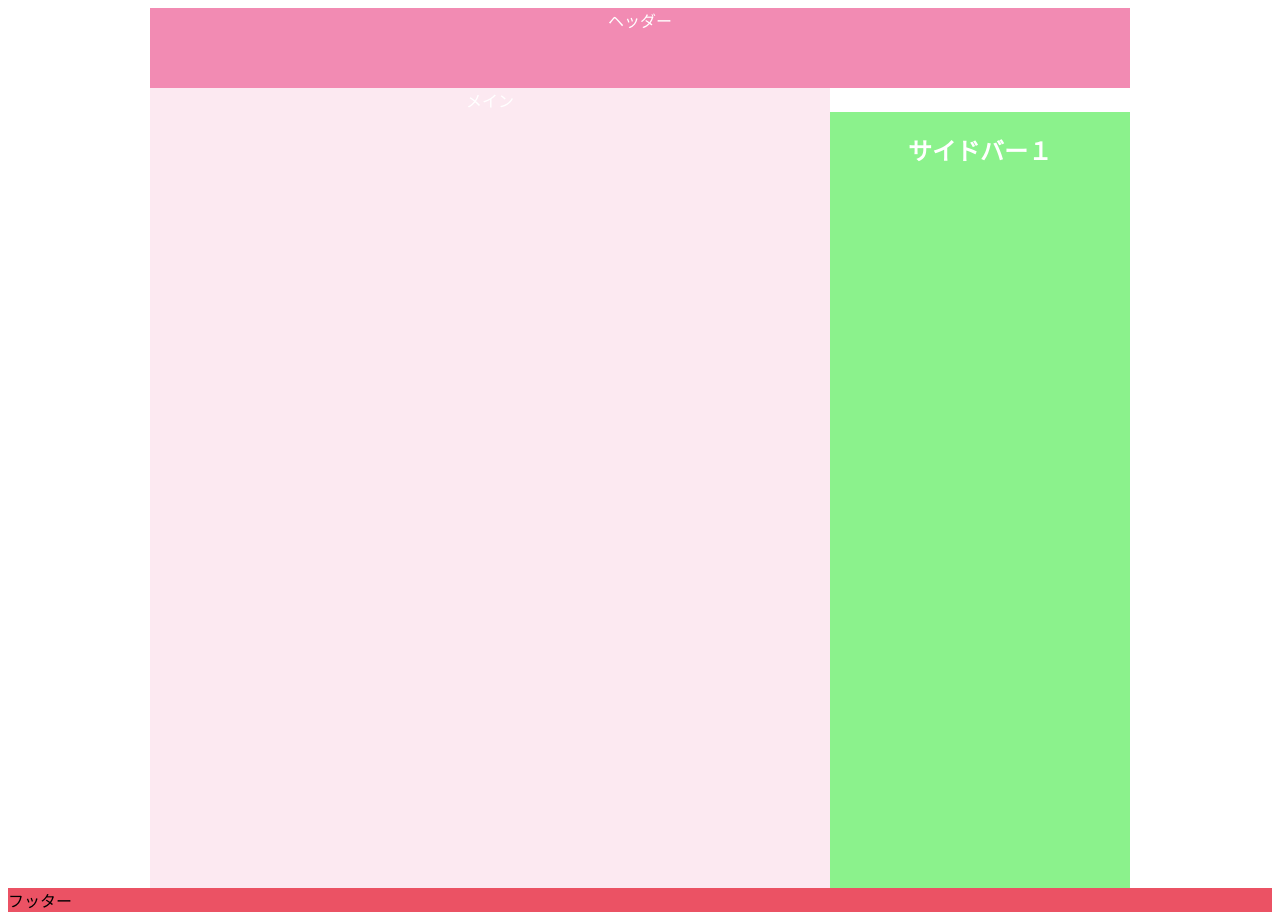
Repository: fukkatsuno-neda/samurai_HTML-CSS
Page: csspractice/practice.html
The author's editor kept a record of every edit. The page is drawn from the files as they stood at one moment, then again after the next edit.
The browser window is 1280 px wide. The pictures show the whole page.

Above is the page before.

After the next edit:
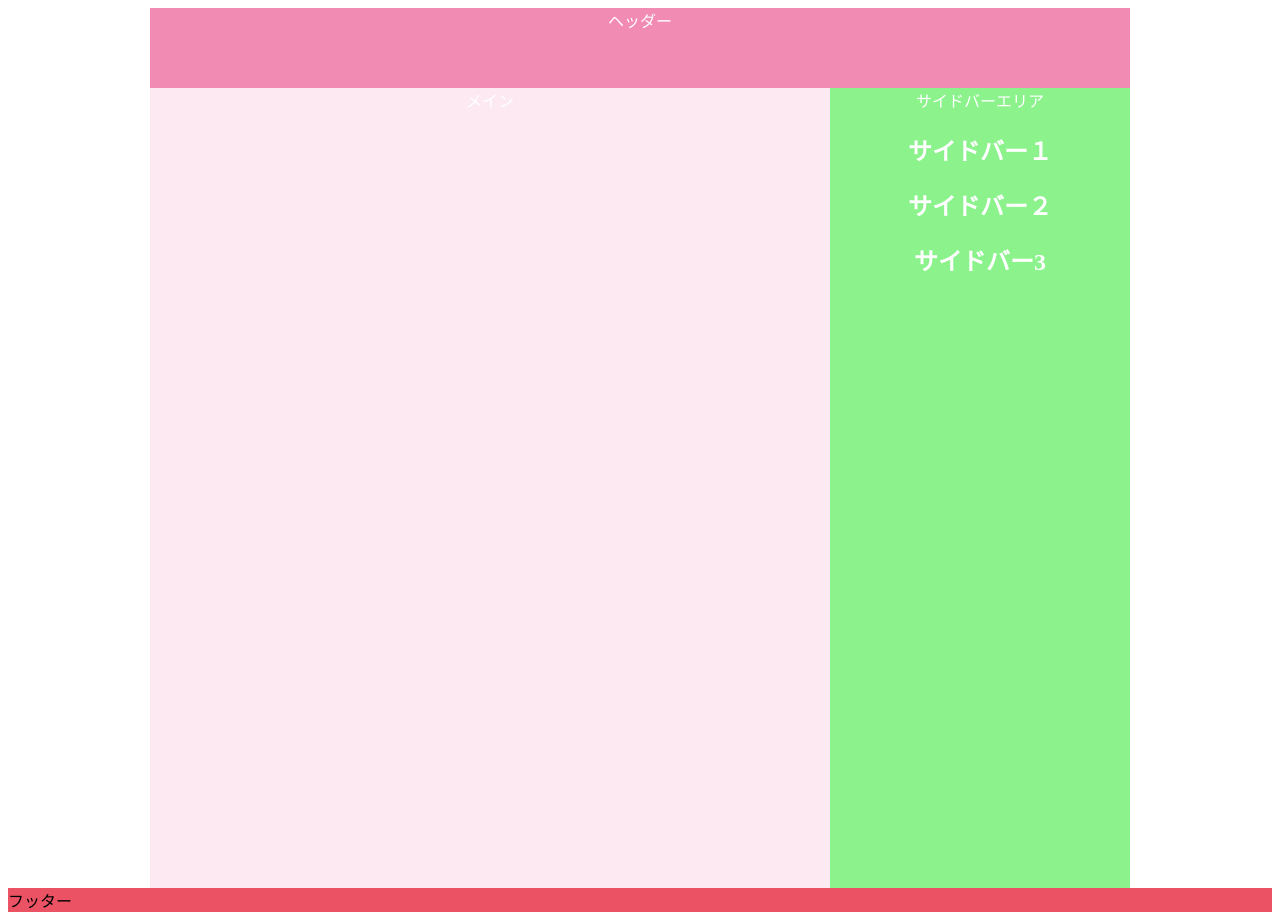
The edit:
--- a/csspractice/practice.css
+++ b/csspractice/practice.css
@@ -34,16 +34,16 @@
 }
 
 .sidebar-container{
-
-}
-
-.sidebar{
   background-color: #8BF28C;
   height: 800px;
   width: 300px;
   text-align: center;
   color: #FFF;
   float: left;
+}
+
+.sidebar{
+
 }
 
 .side-wrap{
